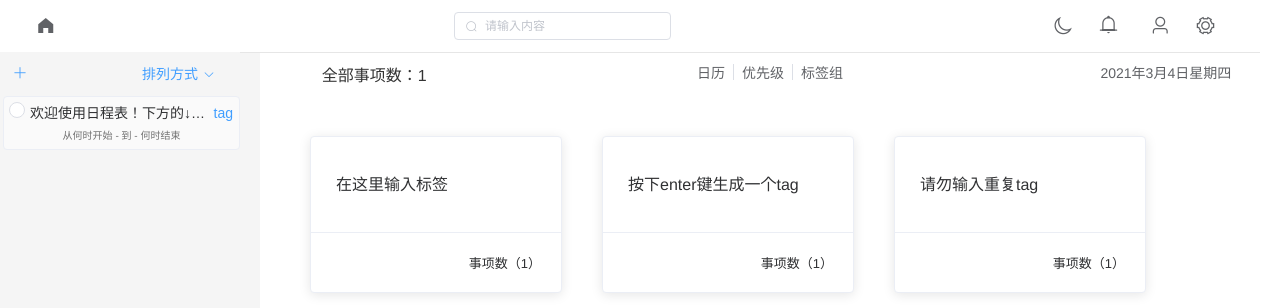
Repository: sierra0114/project01
Page: /#/tags
An editor plug-in stored every save of this project. The page is shown before and after a run of saves, followed by the edit.
The browser window is 1280 px wide. The pictures show the whole page.
The project was rebuilt for these pictures with package versions that can differ from the ones it lists, and the page was loaded fresh each time. Also part of the build but not shown: vue.config.js, src/components/Approaching.vue, src/components/Expired.vue, src/components/System.vue, src/components/Calendar.vue, src/components/User.vue, src/components/Login.vue, src/components/Register.vue and 2 more.

Above is the page before, as saved 2021-03-04 00:34:14.

### public/index.html
<!DOCTYPE html>
<html>

<head>
  <meta charset="utf-8">
  <meta name="viewport" content="width=device-width,initial-scale=1.0">
  <title>日程表</title>
  <style media="screen" type="text/css">
    body {
      font-family: "Helvetica Neue", Helvetica, "PingFang SC", "Hiragino Sans GB", "Microsoft YaHei", "微软雅黑", Arial, sans-serif;
      margin: 0;
      padding: 0;
      overflow-y: hidden;
      overflow-x: hidden;
      color: #333333;
      width: 100vw;
      height: 100vh;
    }

    #appLoading {
      width: 100%;
      height: 100%;
      background-color: rgb(130, 161, 177);
      z-index: 9999;
    }

    #loadingImg {
      border-radius: 50%;
      position: absolute;
      top: 45%;
      left: 48%;
      translate: 1s ease-in-out 0;
      animation: rotate 1s linear infinite;
    }


    /* 覆盖user页面里默认的图标颜色 */

    .el-icon-basketball:before {
      content: "\e7a5";
      color: rgb(224, 130, 53);
    }

    .el-icon-cold-drink:before {
      content: "\e7a5";
      color: rgb(235, 231, 47);
    }

    .el-icon-grape:before {
      content: "\e7a5";
      color: rgb(74, 55, 97);
    }

    .el-icon-apple:before {
      content: "\e7a5";
      color: rgb(175, 56, 56);
    }

    .el-icon-lollipop:before {
      content: "\e7a5";
      color: rgb(75, 165, 218);
    }

    .el-icon-coffee:before {
      content: "\e7a5";
      color: rgb(107, 79, 62);
    }

    .el-icon-user-solid:before {
      content: "\e7a5";
      color: rgb(227, 235, 243);
    }
  </style>
</head>

<body>
  <div id="appLoading">
    <div id="loadingImg">
      <svg t="1613764102468" class="icon" viewBox="0 0 1024 1024" version="1.1" xmlns="http://www.w3.org/2000/svg"
        p-id="6649" data-spm-anchor-id="a313x.7781069.0.i24" width="48" height="48">
        <path
          d="M546.462897 266.292966c-73.410207 0-133.15531-59.727448-133.155311-133.137656C413.307586 59.762759 473.05269 0 546.462897 0c73.410207 0 133.12 59.727448 133.12 133.15531 0 73.410207-59.709793 133.137655-133.12 133.137656z m-283.453794 105.736827c-67.054345 0-121.626483-54.554483-121.626482-121.644138s54.572138-121.644138 121.626482-121.644138a121.767724 121.767724 0 0 1 121.608828 121.644138c0 67.054345-54.554483 121.644138-121.608828 121.644138zM142.547862 647.185655A107.343448 107.343448 0 0 1 35.310345 539.895172a107.343448 107.343448 0 0 1 107.237517-107.237517 107.343448 107.343448 0 0 1 107.219862 107.237517 107.343448 107.343448 0 0 1-107.219862 107.272828z m120.461241 272.595862a91.047724 91.047724 0 0 1-90.941793-90.959448 91.065379 91.065379 0 0 1 90.924138-90.941793 91.065379 91.065379 0 0 1 90.941793 90.941793c0 50.14069-40.783448 90.959448-90.924138 90.959448zM546.462897 1024a79.518897 79.518897 0 0 1-79.448276-79.448276c0-43.820138 35.645793-79.448276 79.448276-79.448276a79.518897 79.518897 0 0 1 79.43062 79.448276c0 43.820138-35.628138 79.448276-79.448276 79.448276z m287.744-134.285241a64.194207 64.194207 0 0 1-64.123587-64.123587 64.194207 64.194207 0 0 1 64.123587-64.123586 64.194207 64.194207 0 0 1 64.123586 64.123586 64.194207 64.194207 0 0 1-64.123586 64.123587z m117.848275-296.695173a52.683034 52.683034 0 0 1-52.612413-52.612414 52.683034 52.683034 0 0 1 52.612413-52.630069 52.70069 52.70069 0 0 1 52.630069 52.612414 52.718345 52.718345 0 0 1-52.630069 52.630069z m-158.667034-338.696827a40.818759 40.818759 0 1 0 81.655172 0.017655 40.818759 40.818759 0 0 0-81.655172 0z"
          p-id="6650" data-spm-anchor-id="a313x.7781069.0.i23" class="" fill="#ffffff"></path>
      </svg>
    </div>
  </div>

  <div id="app"></div>

</body>

</html>

### src/layout/AppMain.vue
<template>
  <el-container>
    <el-header height="52px">

      <Header @to-appmain="refSidbar"></Header>

    </el-header>
    <el-container v-if="!noSidebar">
      <el-aside width="260px">

        <Sidbar ref="Sidbar"></Sidbar>

      </el-aside>
      <el-main>

        <router-view name="Main"></router-view>

      </el-main>

    </el-container>

  </el-container>
</template>
<script>
import Header from '../components/Header'
import Sidbar from '../components/Sidbar'
// import Main from '../components/Main'
import dataBase from '../data/dataBase.js'
export default {
  name: 'AppMain',
  components: {
    Header,
    Sidbar
  },
  computed: {},
  data () {
    return {
      msg: 'hello',
      noSidebar: false
    }
  },
  methods: {
    refSidbar (info) {
      this.$refs.Sidbar.passThisToForm(info)
    }
  },
  created () {
    dataBase() // 初始化数据库
  }
}
</script>
<style scoped>
.el-header,
.el-footer {
  text-align: center;
  line-height: 50px;
  height: 50px;
}
Header {
  line-height: 50px;
  height: 50px;
}

.el-aside {
  background-color: rgb(245, 245, 245);
  text-align: center;
}

.el-main {
  text-align: center;
  padding: 10px;
}

body > .el-container {
  margin-bottom: 0;
  width: 100vw;
  height: 100vh;
}

.el-container:nth-child(5) .el-aside,
.el-container:nth-child(6) .el-aside {
  line-height: 260px;
}

.el-container:nth-child(7) .el-aside {
  line-height: 320px;
}

/* header {
  display: flex;
  position: fixed;
  top: 0;
  left: 0;
  width: 100vw;
  height: 40px;
  background-color: rgb(255, 0, 0);
}
sidbar {
  display: flex;
  width: 200px;
  background-color: rgb(200, 255, 0);
}
main {
  position: relative;
  display: flex;

  top: 40px;
  left: 0;
  right: 0;
  background-color: rgb(0, 255, 13);
}
full-calendar {
flex-grow: 1;
  background-color: rgb(0, 255, 255);
} */
</style>

### src/components/Sidbar.vue


<template id='Sidbar'>
  <div class="Sidbar">
    <div class="container">
      <el-row>
        <el-col :span="24">
          <Form @bindFunc="getListFromForm" ref="drawer"></Form>
          <div class="view-change">
            <el-dropdown
              size="medium"
              placement="bottom"
              @command="handleCommand"
            >
              <span class="drop-down-link"
                >排列方式<i class="el-icon-arrow-down el-icon--right"></i
              ></span>
              <el-dropdown-menu slot="dropdown">
                <el-dropdown-item command="a">时间顺序</el-dropdown-item>
                <el-dropdown-item command="b">时间逆序</el-dropdown-item>
                <!-- <el-dropdown-item command="c">螺蛳粉</el-dropdown-item>
              <el-dropdown-item command="d" disabled>双皮奶</el-dropdown-item>
              <el-dropdown-item command="e" divided>蚵仔煎</el-dropdown-item> -->
              </el-dropdown-menu>
            </el-dropdown>
          </div>
        </el-col>
      </el-row>
    </div>

    <div class="empty"></div>
    <div class="cards" v-if="!isReverse">
      <SidbarCard
        v-for="item in this.resovedList"
        :key="item.reKey"
        :info="item"
        @openForm-between="passThisToForm"
      ></SidbarCard>
      <!-- info绑定的是子组件的props的属性 -->
    </div>
    <div class="cards" v-else>
      <SidbarCard
        v-for="item in this.resovedListReverse"
        :key="item.reKey"
        :info="item"
        @openForm-between="passThisToForm"
      ></SidbarCard>
      <!-- info绑定的是子组件的props的属性 -->
    </div>

    <div class="empty"></div>
  </div>
</template>

<script>
import SidbarCard from "./SidbarCard.vue";
import Form from "./Form";

export default {
  name: "Sidbar",
  data() {
    return {
      list: [], // 从数据库取得的所有数据数组
      resovedList: [], // 解析list以得到的缩略版本，顺序数组，传递给子组件sidbarCard
      resovedListReverse: [], // 和resovedList一样，逆序数组，传递给子组件sidbarCard

      // flag
      isReverse: false, // 数组是否逆序
    };
  },
  components: {
    SidbarCard,
    Form,
  },
  methods: {
    getListFromForm(list) {
      // eslint-disable-next-line no-unused-vars
      this.list = list;
    },
    getList() {
      let db; // 数据库对象
      let objStore; // 对象仓库
      let request; // 请求
      let transaction; // 连接事务
      let readRequest; // 读写事务

      request = window.indexedDB.open("db"); // 连接数据库
      request.onerror = () => {
        // 请求失败
        // console.log('连接数据库请求 失败 ！因为' + event)
      };

      request.onsuccess = (event) => {
        // 请求成功
        db = event.target.result;
        // db=request.result  一样的效果
        // console.log('连接数据库请求 成功 ')
        transaction = db.transaction("info", "readwrite"); // 开启读写事务
        objStore = transaction.objectStore("info"); // 指定事务为‘info’对象仓库的事务
        readRequest = objStore.getAll(null);

        readRequest.onerror = () => {
          // console.log('读写事务 失败！')
        };
        readRequest.onsuccess = () => {
          // console.log('读写事务 成功！已经获取到了list数据')
          this.list = readRequest.result;
          console.log("侧边栏获取到了list，它的值为：");
          console.log(this.list);
        };
      };
    },
    toColorClass(item) {
      let Class = "";
      let color = item.color;
      switch (color) {
        case "red":
          Class = "danger";
          break;
        case "blue":
          Class = "primary";
          break;
        case "green":
          Class = "success";
          break;
        case "yellow":
          Class = "warning";
          break;
        case "grey":
          Class = "info";
          break;
        case "":
          Class = "";
      }
      return Class;
    },
    getTime(item, num) {
      let timeObj = item.time[num];
      // eslint-disable-next-line valid-typeof
      if (typeof timeObj === null) {
        // time对象的类型为null（time对象为空
        return "时间对象不存在";
        // eslint-disable-next-line valid-typeof
      } else if (typeof timeObj === "string") {
        // time对象的类型为string（初始化数据的情况
        return timeObj;
      } else {
        let timetr = getTimeStr();
        return timetr;
      }
      function getTimeStr() {
        if (typeof timeObj === "object") {
          const day = timeObj.getDay();
          const date = timeObj.getDate();
          const month = timeObj.getMonth() + 1;
          const year = timeObj.getFullYear();
          const weekMap = [
            "",
            "星期一",
            "星期二",
            "星期三",
            "星期四",
            "星期五",
            "星期六",
            "星期日",
            "",
          ];
          const timeStr = year + "/" + month + "/" + date + " " + weekMap[day];
          return timeStr;
        }
      }
    },
    getTag(item) {
      let tags = [];
      let reTags = "";
      tags = item.tags;
      for (let i in tags) {
        reTags += "#" + tags[i] + " ";
      }
      return reTags;
    },
    getTagFlag(item) {
      let tags = [];
      tags = item.tags;

      if (tags.length === 0) {
        return false;
      } else {
        return true;
      }
    },
    getResovedList() {
      let resovedList = [];
      for (let i in this.list) {
        let item = this.list[i];
        let reTime = item.time;
        let reKey = item.key;
        let reMainText = item.mainText;
        let reColor = this.toColorClass(item);
        let reTimeFrom = this.getTime(item, 0);
        let reTimeTo = this.getTime(item, 1);
        let reTag = this.getTag(item);
        let tagFlag = this.getTagFlag(item);

        let resovedItem = {
          reTime,
          reMainText,
          reColor,
          reTimeFrom,
          reTimeTo,
          reTag,
          tagFlag,
          reKey,
        };

        resovedList.push(resovedItem);
      }
      resovedList.sort((a, b) => {
        return a.reTime[0] - b.reTime[0];
      });
      console.log("22222222222222");
      console.log(resovedList);
      return resovedList;
    },
    passThisToForm(keyOrInfo) {
      // 有两个调用来源：
      // 1从子组件sidbarCard的emit（参数为一个事项的key）
      // 2从父组件appmian的ref（参数为一个事项的全部信息）
      if (keyOrInfo.mainText) {
        let info = keyOrInfo;
        this.$refs.drawer.open(info); // 调用form的openForm方法
      } else {
        let key = keyOrInfo;
        for (let i in this.list) {
          if (this.list[i].key === key) {
            let info = this.list[i];
            this.$refs.drawer.open(info); // 调用form的openForm方法
            return;
          }
        }
      }
    },
    // --------------------------------------------------------------------------------------------------
    // --------------------------------------     下拉菜单指令     --------------------------------------
    // --------------------------------------------------------------------------------------------------
    handleCommand(command) {
      if (command === "a") {
        this.isReverse = false;
        console.log(this.isReverse);
        this.$message("正序");
      } else if (command === "b") {
        this.isReverse = true;
        console.log(this.isReverse);
        this.$message("逆序");
      }
    },
  },
  // --------------------------------------     whath     --------------------------------------
  watch: {
    list: {
      handler() {
        console.log("侧边栏的list更新了");
        this.resovedList = this.getResovedList();
        this.resovedListReverse = [...this.resovedList].reverse(); // 浅拷贝
        console.log("1111111111");
        console.log(this.resovedListReverse);
        console.log(this.resovedList);
      },
    },
    resovedList: {
      handler() {
        console.log("侧边栏的resovedList更新了");
      },
    },
  },
  // --------------------------------------     created     --------------------------------------

  created() {
    this.getList();
    console.log("侧边栏被创建了");
  },
  // --------------------------------------     beforeMount     --------------------------------------

  beforeMount() {
    this.resovedList = this.getResovedList();
  },
};
</script>

<!-- Add "scoped" attribute to limit CSS to this component only -->

<style scoped>
* {
  translate: 0.5s;
  font-weight: normal;
  font-size: 14px;
}
.Sidbar {
  display: block;
  background-color: rgb(245, 245, 245);

  max-height: 90vh;
  padding-right: 25px;
  overflow-y: auto;
  overflow-y: overlay;
  overflow-x: hidden;
}

.el-dropdown-link,
span {
  cursor: pointer;
  color: #409eff;
}
.el-icon-arrow-down {
  font-size: 12px;
}
.el-row {
  white-space: nowrap;
  width: fit-content;
  margin-top: 1px;

  position: fixed;
  width: 230px;
  background-color: rgb(245, 245, 245);
}
.el-col {
  display: flex;
  justify-content: space-between;
  align-items: center;
}
.container {
  position: fixed;
  width: 240px;
  height: 42px;
  background-color: rgb(245, 245, 245);
}
.newButton {
  font-size: bolder;
  padding-left: 20px;
}
.view-change {
  padding-right: 15px;
}
.empty {
  background-color: rgb(245, 245, 245);
  height: 42px;
}
.el-divider {
  top: 40px;
  margin: 0;
}
</style>

### src/components/Main.vue
<template>
  <div class="main">
    <el-row class="nav">
      <el-col :span="5">全部事项数：{{ eventsCountAll }}</el-col>

      <el-col :span="14">
        <router-link :to="{ name: 'calendar' }">
          <el-link>日历</el-link>
        </router-link>

        <el-divider direction="vertical"></el-divider>

        <router-link :to="{ name: 'priority' }">
          <el-link>优先级</el-link>
        </router-link>

        <el-divider direction="vertical"></el-divider>

        <router-link :to="{ name: 'tags' }">
          <el-link>标签组</el-link>
        </router-link>
      </el-col>
      <el-col :span="5">
        <el-link v-on:click="toToday">{{ today }}</el-link>
      </el-col>
    </el-row>
    <el-row class="view">
      <router-view></router-view>
    </el-row>
  </div>
</template>

<script>
import router from "../router";

export default {
  name: "Main",
  data() {
    return {
      today: "今天",

      // 事项计数
      eventsCountAll: 0,
      eventsCountOngoing: 0,
      eventsCountExpired: 0,

      thisMonth: 0,
    };
  },
  components: {},
  methods: {
    toToday() {
      router.push({
        name: "calendar",
        time: this.today,
      });
    },
    updatingToday() {
      setInterval(() => {
        const time = new Date();
        this.today = time;
        const day = time.getDay();
        const date = time.getDate();
        const month = time.getMonth() + 1;
        const year = time.getFullYear();
        const weekMap = [
          "",
          "星期一",
          "星期二",
          "星期三",
          "星期四",
          "星期五",
          "星期六",
          "星期日",
          "",
        ];
        const timeStr = year + "年" + month + "月" + date + "日" + weekMap[day];
        this.today = timeStr;
      }, 1000);
    },
    getEventsCount() {
      let db; // 数据库对象
      let objStore; // 对象仓库
      let request; // 请求
      let transaction; // 连接事务
      let readRequest; // 读写事务

      request = window.indexedDB.open("db"); // 连接数据库
      request.onerror = () => {
        // 请求失败
        // console.log('连接数据库请求 失败 ！因为' + event)
      };

      request.onsuccess = (event) => {
        // 请求成功
        db = event.target.result;
        // db=request.result  一样的效果
        // console.log('连接数据库请求 成功 ')
        transaction = db.transaction("info", "readwrite"); // 开启读写事务
        objStore = transaction.objectStore("info"); // 指定事务为‘info’对象仓库的事务
        readRequest = objStore.getAll(null);

        readRequest.onerror = () => {
          // console.log('读写事务 失败！')
        };
        readRequest.onsuccess = () => {
          // console.log('读写事务 成功！已经获取到了list数据')
          let list = readRequest.result;
          this.eventsCountAll = list.length;
          // alert(list.length)
        };
      };
    },
  },
  created() {
    this.updatingToday();
    this.getEventsCount();
  },
  updated() {
    this.getEventsCount();
  },
};
</script>

<!-- Add "scoped" attribute to limit CSS to this component only -->

<style scoped>
* {
  translate: 0.5s;
  font-weight: normal;
  font-size: 16px;
}

.router-view {
  display: block;
  overflow-y: scroll;
  overflow-x: auto;
}

.nav {
  padding-bottom: 10px;
}

a {
  text-decoration: none;
}

a:link {
  color: black;
}

a:visited {
  color: black;
}

a:hover {
  color: black;
}

a:active {
  color: black;
}

.router-link-active {
  text-decoration: none;
}
</style>

### src/components/Tags.vue
<template>
  <div class="container">
    <div v-for="(item, index) in tags" :key="index">
      <el-card
        style="text-align: left"
        :ref="index"
        class="hide"
        @mouseover.native="show(index)"
        @mouseout.native="hide(index)"
        @click.native="handleClick(index)"
      >
        <div slot="header" class="clearfix">
          <p>{{ item.tagNamw }}</p>
        </div>
        <div class="count">事项数（{{ item.tagCount }}）</div>
      </el-card>
    </div>
  </div>
</template>
<script>
import { store, mutations } from "../store";

export default {
  name: "Tags",
  data() {
    return {
      infolist: [],

      tags: [],
      tag: { tagCount: 0, tagNamw: "" },
      oldClass: "",
    };
  },
  methods: {
    show(index) {
      let oldClass = this.$refs[index][0].$el.className;
      let newClass = oldClass + " show";
      this.oldClass = this.$refs[index][0].$el.className;
      this.$refs[index][0].$el.className = newClass;
      // console.log(this.$refs[index][0].$el.className);
    },
    hide(index) {
      this.$refs[index][0].$el.className = this.oldClass;
      // console.log(this.$refs[index][0].$el.className);
    },
    handleClick(index) {
      let tag = this.tags[index];
      let infoArr = tag.infoArr;
      console.log(infoArr);
    },
    resolveListToTags() {
      //把indolist里面的信息转化到tags中
      let uniqTag = this.getUniqTags;
      let tagArr = [];

      for (let index in uniqTag) {
        let temp = this.querryTag(uniqTag[index]);
        let tag = {};
        tag.tagNamw = uniqTag[index];
        tag.tagCount = temp.length;
        tag.infoArr = temp;
        tagArr.push(tag);
      }
      this.tags = [...tagArr];
      this.$forceUpdate();
      // alert("更新视图");
    },
    querryTag(tag) {
      //根据tag查找对应的事项
      let temp = [];
      for (let i in this.infolist) {
        for (let j in this.infolist[i].tags) {
          if (this.infolist[i].tags[j] === tag) {
            temp.push(this.infolist[i]);
            break;
          }
        }
      }
      console.log(temp);
      return temp;
    },
    updateInfo() {
      let db; // 数据库对象
      let objStore; // 对象仓库
      let request; // 请求
      let transaction; // 连接事务
      let readRequest; // 读写事务

      request = window.indexedDB.open("db"); // 连接数据库
      request.onerror = () => {
        // 请求失败
        alert("连接数据库请求 失败 ！因为" + event);
      };

      request.onsuccess = (event) => {
        // 请求成功
        db = event.target.result;
        // db=request.result  一样的效果
        // console.log('连接数据库请求 成功 ')
        transaction = db.transaction("info", "readwrite"); // 开启读写事务
        objStore = transaction.objectStore("info"); // 指定事务为‘info’对象仓库的事务
        readRequest = objStore.getAll(null);

        readRequest.onerror = () => {
          alert("读写事务 失败！");
        };
        readRequest.onsuccess = () => {
          // console.log('读写事务 成功！已经获取到了list数据')
          this.infolist = readRequest.result;
          this.resolveListToTags();
          // alert("更新数据");
          mutations.setUpdateFlag(false);
        };
      };
    },
  },
  computed: {
    updateFlag() {
      return store.updateFlag;
    },
    getUniqTags: function () {
      let uniqTag = [];
      let allTags = [];

      for (let index in this.infolist) {
        let arr = this.infolist[index].tags;
        allTags = [...allTags, ...arr];
      }

      for (let i = 0; i < allTags.length; i++) {
        for (let j = i + 1; j < allTags.length; j++) {
          if (allTags[i] === allTags[j]) {
            //如果存在相等的两个tag
            i++; //进入下一层i循环
            j = i;
          }
        }
        uniqTag.push(allTags[i]);
        console.log(uniqTag);
      }
      return uniqTag;
    },
  },
  watch: {
    updateFlag: function () {
      // alert("watch检测到upstateflag更新");
      if (store.updateFlag === true) {
        this.updateInfo();
      }
    },
  },
  created() {
    this.updateInfo();
  },
};
</script>
<style scoped>
.container {
  display: flex;
  flex-flow: row wrap;
  margin: 20px;
}
.el-card {
  width: 250px;
  margin: 20px;
}
p {
  padding: 0 0 3px 5px;
  width: 180px;
  word-wrap: break-word;
  display: -webkit-box;
  -webkit-box-orient: vertical;
  /* 超过几行文字会被省略
   */
  -webkit-line-clamp: 1;
  overflow: hidden;
}
.count {
  text-align: right;
  font-size: 13px;
}
.show {
  cursor: pointer;
  background: rgb(245, 245, 245);
}
.hide {
  cursor: pointer;
}
</style>

### src/components/SidbarCard.vue
<template>
  <transition name="card">
    <el-card class="box-card" shadow="hover" :body-style="{ padding: '5px' }">
      <div class="clearfix">
        <div class="left">
          <el-button
            :type="info.reColor"
            size="mini"
            v-on:click="deleteInfo"
            circle
          ></el-button>
          <!-- 优先级：   红  >   黄    >蓝>    绿
           type= "danger">"warning">"">"success" -->

          <span
            class="info"
            :title="info.reMainText"
            v-on:click="openFormEmit"
            >{{ info.reMainText }}</span
          >
        </div>
        <el-tooltip
          v-if="info.tagFlag"
          effect="dark"
          :content="info.reTag"
          placement="right"
        >
          <el-button
            style="float: right; padding: 3px 0"
            type="text"
            v-on:click="openTags"
            >tag</el-button
          ></el-tooltip
        >
      </div>

      <p class="time" v-on:click="openFormEmit">
        {{ info.reTimeFrom }}<span> - 到 - </span>{{ info.reTimeTo }}
      </p>
    </el-card>
  </transition>
</template>
<script>
import router from "../router";
import { mutations } from "../store";

export default {
  name: "SidbarCard",
  data() {
    return {};
  },
  props: {
    info: Object,
  },
  methods: {
    deleteInfo() {
      // alert(this.info.reKey)
      let db; // 数据库对象
      let objStore; // 对象仓库
      let request; // 请求
      let transaction; // 连接事务
      let readRequest; // 读写事务

      request = window.indexedDB.open("db"); // 连接数据库
      request.onerror = () => {
        // alert('打开数据库失败！')
      };

      request.onsuccess = (event) => {
        // alert('打开数据库成功！')
        db = event.target.result;
        transaction = db.transaction("info", "readwrite"); // 开启读写事务
        objStore = transaction.objectStore("info"); // 指定事务为‘info’对象仓库的事务
        readRequest = objStore.delete(this.info.reKey);

        // 点击颜色圆点要通过key检索到并且从数据库中删除这个事项，目前没有实现从数据库中删除的功能，key是原因

        readRequest.onerror = () => {
          // alert('删除失败！')
        };
        readRequest.onsuccess = () => {
          // eslint-disable-next-line no-unused-expressions
          // console.log(this.$parent)
          this.$parent.getList(); // 更新sidbar视图
          // alert('删除成功！')
          mutations.setUpdateFlag(true);
        };
      };
    },
    openTags() {
      // 点击tag打开tag视图
      router.push({ name: "tags", key: this.info.reKey });
    },
    openFormEmit() {
      // 点击卡片打开form
      this.$emit("openForm-between", this.info.reKey);
    },
  },
  watch: {
    info: {
      handler(oldInfo, newInfo) {
        console.log("新的info值为：");
        console.log("卡片里的info更新了");
        console.log(newInfo);
      },
    },
  },
};
</script>
<style scoped>
* {
  font-weight: normal;
  /* font-size: 14px;   不知道为什么这条会覆盖下面的    font-size: 10px; */
}

.item {
  margin-bottom: 18px;
}

.clearfix {
  text-align: left;
  display: flex;
  flex-flow: row nowrap;
  align-items: flex-start;
  justify-content: space-between;
}
.left {
  text-align: left;
  display: flex;
  flex-flow: row nowrap;
  align-items: flex-start;
  justify-content: space-between;
}
.info {
  padding: 0 0 3px 5px;
  width: 180px;
  word-wrap: break-word;
  display: -webkit-box;
  -webkit-box-orient: vertical;
  /* 超过几行文字会被省略
   */
  -webkit-line-clamp: 1;
  overflow: hidden;
  cursor: pointer;
}
/* ////////////////////////////////////   动画-start    //////////////////////////////////////////////// */
.card-enter-active {
  transition: all 0.3s ease;
}
.card-leave-active {
  transition: all 0.2s cubic-bezier(1, 0.5, 0.8, 1);
}
.card-enter,.card-leave-to
/* .slide-fade-leave-active for below version 2.1.8 */ {
  transform: translateX(10px);
  opacity: 0;
}
/* ////////////////////////////////////   动画-end    //////////////////////////////////////////////// */

.time {
  cursor: pointer;
}
p {
  margin: 2px;
  color: rgb(114, 114, 114);
  font-size: 10px;
}
.el-row {
  z-index: 0;
}
.box-card {
  padding: 0px;
  margin: 2px 2px 2px 3px;
  width: 100%;
  background-color: rgba(255, 255, 255, 0.479);
}
</style>

Loaded but not shown: src/style/theme/index.css (library); src/data/dataBase.js (183 lines, source omitted); src/router/index.js (85 lines, source omitted); src/main.js (41 lines, source omitted); src/store/index.js (11 lines, source omitted); src/components/Form.vue (866 lines, source omitted); src/components/Header.vue (339 lines, source omitted)

After the next 3 saves:
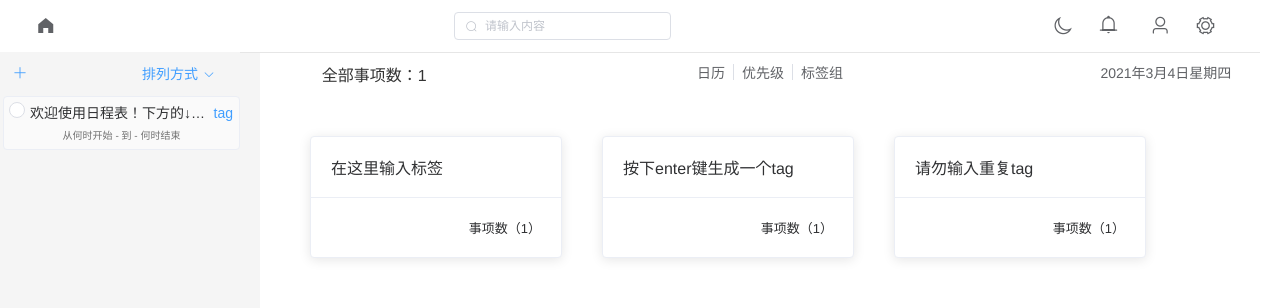
The 3 saves are shown as one change because they came seconds apart.
The last was saved 23 s later.
--- a/src/components/Tags.vue
+++ b/src/components/Tags.vue
@@ -10,7 +10,7 @@
         @click.native="handleClick(index)"
       >
         <div slot="header" class="clearfix">
-          <p>{{ item.tagNamw }}</p>
+          <span>{{ item.tagNamw }}</span>
         </div>
         <div class="count">事项数（{{ item.tagCount }}）</div>
       </el-card>
